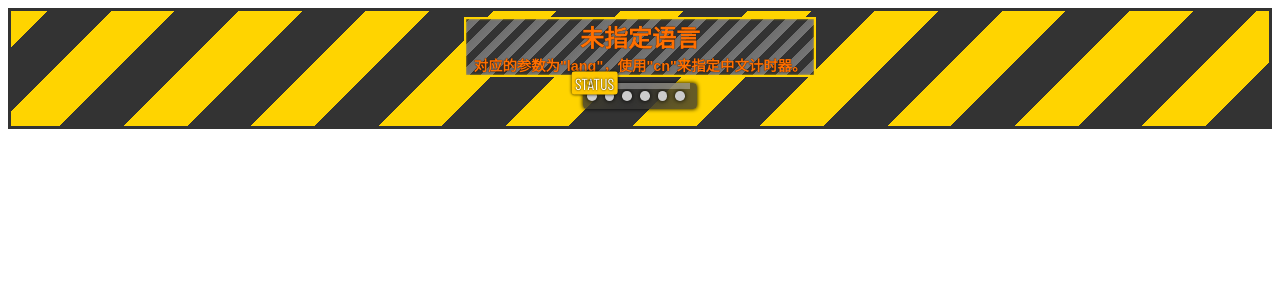
Repository: cirisus/ArknighTimer
Page: timer.html
The author's editor kept a copy of each file at every save. The page is drawn from the files as they stood at one save, then again after the next save.
The browser window is 1280 px wide. The pictures show the whole page.
Some web fonts or font styles are not loaded; a fallback is used.

Above is the page before, as saved 2024-03-09 16:44:23.

After the next save:
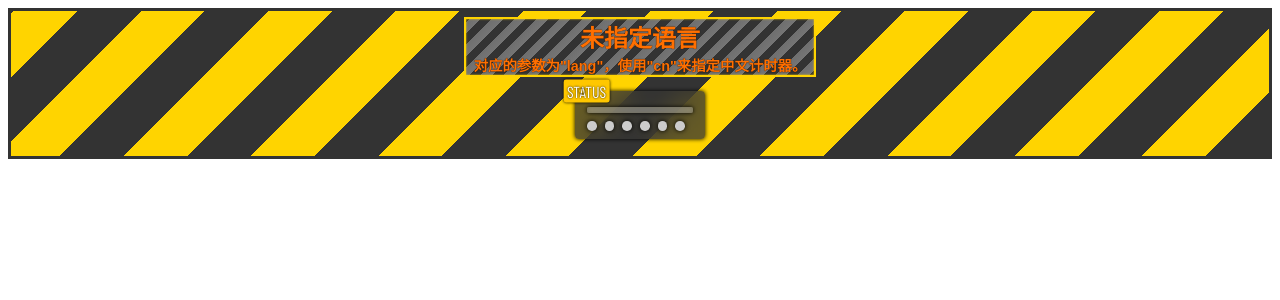
Saved 64 min 29 s later.
--- a/timer.css
+++ b/timer.css
@@ -76,7 +76,7 @@
   backdrop-filter: blur(1rem);
   text-align: center;
   border-radius: 0.25em;
-  margin: .5em auto;
+  margin: 1em auto .5rem;
   padding: 0 .25rem;
   box-shadow: 0 0 4px black;
   box-sizing: border-box;
@@ -134,9 +134,10 @@
 #progress-bar {
   height: 6px;
   background-color: #e5e5e55f;
-  width: 100px;
-  position: absolute;
-  top: 0;
+  width: 100%;
+  margin: 1rem 0.5rem 0;
+  border-radius: 2px;
+  box-shadow: 0 0 4px black, inset 0 0 4px #746f57;
 }
 .progress-line {
   height: 20px;
